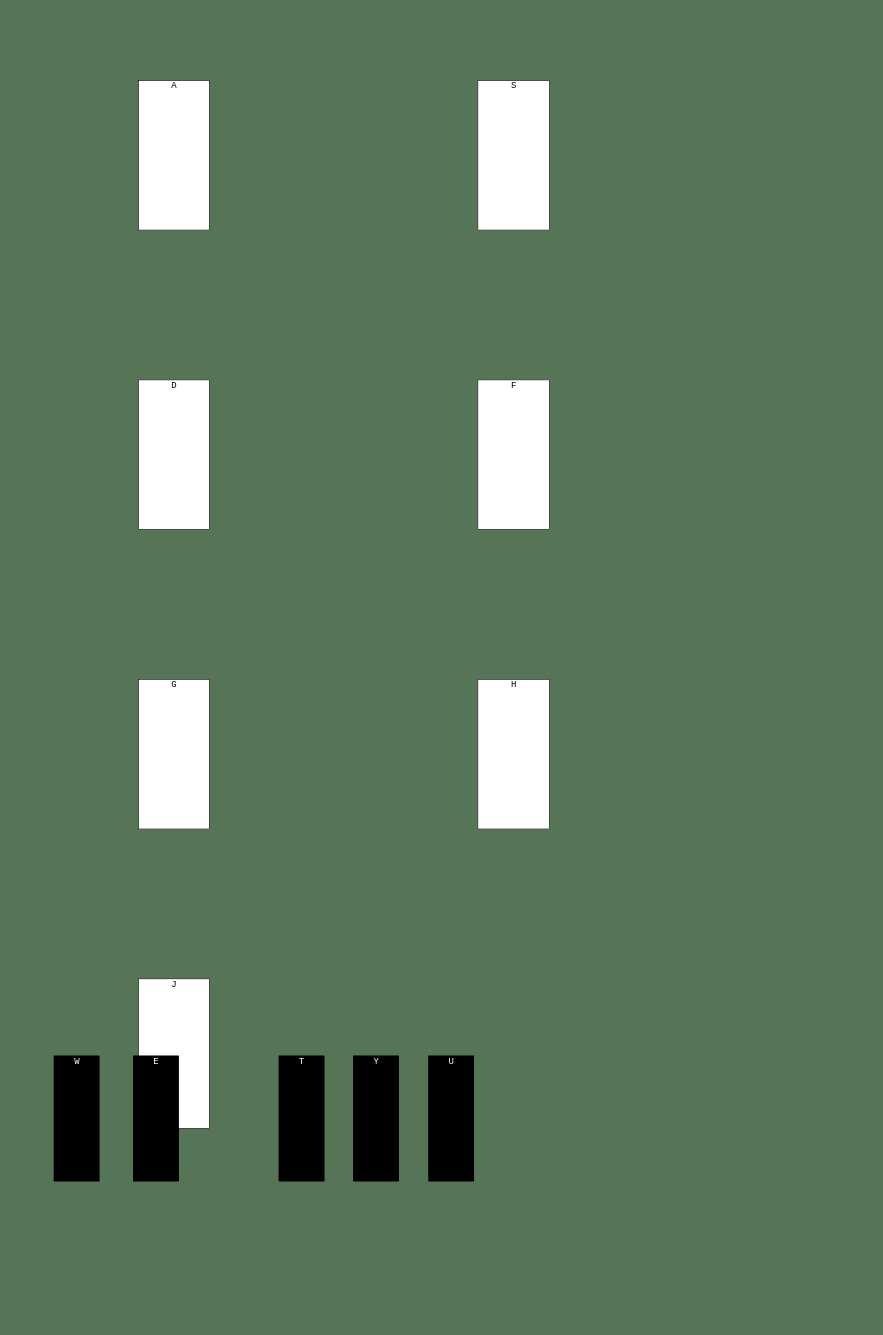
Repository: ctcoleman/Virtual-Piano
Page: index.html
An editor plug-in stored every save of this project. The page is shown before and after the next save, followed by the edit.
The browser window is 1280 px wide. The pictures show the whole page, at 69% of full size.

Above is the page before, as saved 2020-07-20 09:16:46.

### index.html
<!DOCTYPE html>
<html>

<head>
    <meta charset="utf-8">
    <link type="text/css" rel="stylesheet" href="./index.css">
    <title>Chris's Keyboard Piano</title>
</head>

<body>
    <div class="container">
        <div class="white-keys">
            <kbd class="white-key" id="KeyA">A</kbd>
            <kbd class="white-key" id="KeyS">S</kbd>
            <kbd class="white-key" id="KeyD">D</kbd>
            <kbd class="white-key" id="KeyF">F</kbd>
            <kbd class="white-key" id="KeyG">G</kbd>
            <kbd class="white-key" id="KeyH">H</kbd>
            <kbd class="white-key" id="KeyJ">J</kbd>
        </div>
        <div class="black-keys">
            <kbd class="black-key" id="KeyW">W</kbd>
            <kbd class="black-key" id="KeyE">E</kbd>
            <kbd class="black-key" id="KeyT">T</kbd>
            <kbd class="black-key" id="KeyY">Y</kbd>
            <kbd class="black-key" id="KeyU">U</kbd>
        </div>
    </div>
    <script src="./index.js"></script>
</body>

</html>

### index.css
/*
=== Basic Styling ===
 */
html {
    background: rgba(1, 46, 1, 0.664);
    color: black;
    box-sizing: border-box;
}

/*
=== Keyboard Styling ===
*/
.keyboard-container {
    position: relative;
    width: 60vw;
    height: 30vh;
    margin: 35vh 15vw;
}
/*
=== White Keys Styling ===
*/
.white-key {
    margin: 15vh 15vw;
}
.white-key {
    display: inline-block;
    text-align: center;
    width: 8vw;
    height: 30vh;
    background: white;
    border: 1px solid black;
}
/*
=== Black Keys Styling ===
*/
.black-key-container {
    margin: 10vh 5vw;
}
.black-key {
    position: relative;
    z-index: 1;
    top: -30vh;
    text-align: center;
    display: inline-block;
    width: 5vw;
    height: 25vh;
    background: black;
    color: white;
    border: 1px solid black;
}
#KeyW {
    left: 5.5vw;
}
#KeyE {
    left: 9vw;
}
#KeyT {
    left: 20vw;
}
#KeyY {
    left: 23vw;
}
#KeyU {
    left: 26vw;
}

### index.js
const aKey = document.getElementById('KeyA')
const sKey = document.getElementById('KeyS')
const dKey = document.getElementById('KeyD')
const fKey = document.getElementById('KeyF')
const gKey = document.getElementById('KeyG')
const hKey = document.getElementById('KeyH')
const jKey = document.getElementById('KeyJ')
const wKey = document.getElementById('KeyW')
const eKey = document.getElementById('KeyE')
const tKey = document.getElementById('KeyT')
const yKey = document.getElementById('KeyY')
const uKey = document.getElementById('KeyU')






const keys = [aKey, sKey, dKey, fKey, gKey, hKey, jKey, wKey, eKey, tKey, yKey, uKey]
console.log(keys)
document.addEventListener('keypress', (keyPressed) => {
    const key = keyPressed.code
    switch (key) {
        case keys[0].id:
            new Audio('./keys/A.mp3').play()
            break
        case keys[1].id:
            new Audio('./keys/S.mp3').play()
            break
        case keys[2].id:
            new Audio('./keys/D.mp3').play()
            break
        case keys[3].id:
            new Audio('./keys/F.mp3').play()
            break
        case keys[4].id:
            new Audio('./keys/G.mp3').play()
            break
        case keys[5].id:
            new Audio('./keys/H.mp3').play()
            break
        case keys[6].id:
            new Audio('./keys/J.mp3').play()
            break
        case keys[7].id:
            new Audio('./keys/W.mp3').play()
            break
        case keys[8].id:
            new Audio('./keys/E.mp3').play()
            break
        case keys[9].id:
            new Audio('./keys/T.mp3').play()
            break
        case keys[10].id:
            new Audio('./keys/Y.mp3').play()
            break
        case keys[11].id:
            new Audio('./keys/U.mp3').play()
            break
        default:
            console.log('Invalid Key Press')
    }
})

After the next save:
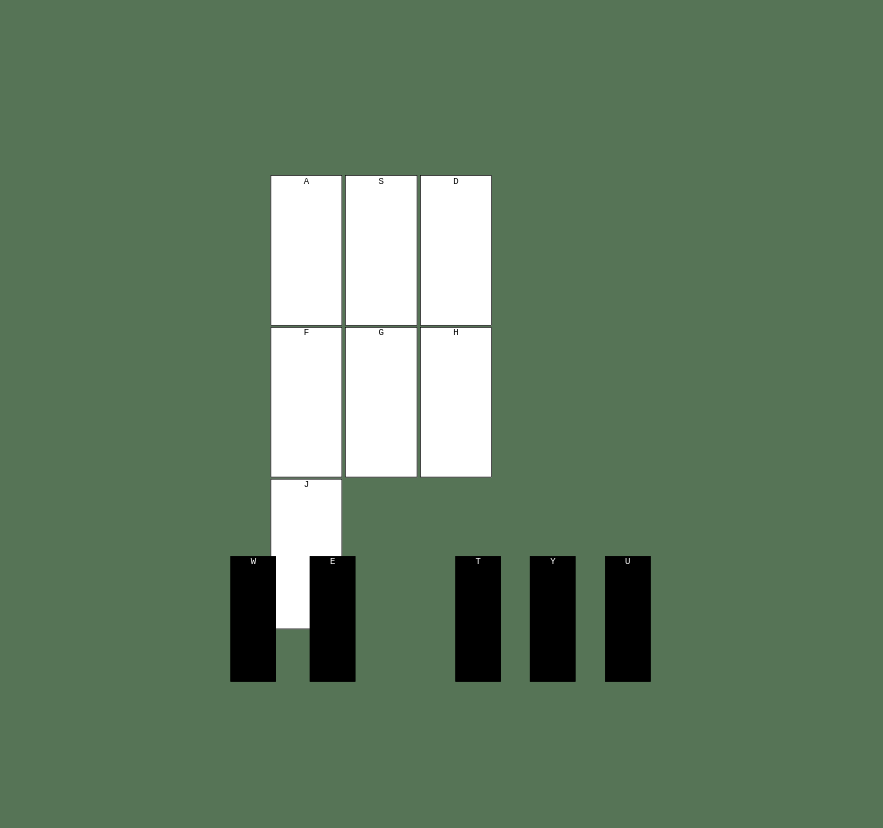
Saved 4 s later.
--- a/index.css
+++ b/index.css
@@ -10,7 +10,7 @@ html {
 /*
 === Keyboard Styling ===
 */
-.keyboard-container {
+.container {
     position: relative;
     width: 60vw;
     height: 30vh;
@@ -19,7 +19,7 @@ html {
 /*
 === White Keys Styling ===
 */
-.white-key {
+.white-keys {
     margin: 15vh 15vw;
 }
 .white-key {
@@ -33,7 +33,7 @@ html {
 /*
 === Black Keys Styling ===
 */
-.black-key-container {
+.black-keys {
     margin: 10vh 5vw;
 }
 .black-key {
